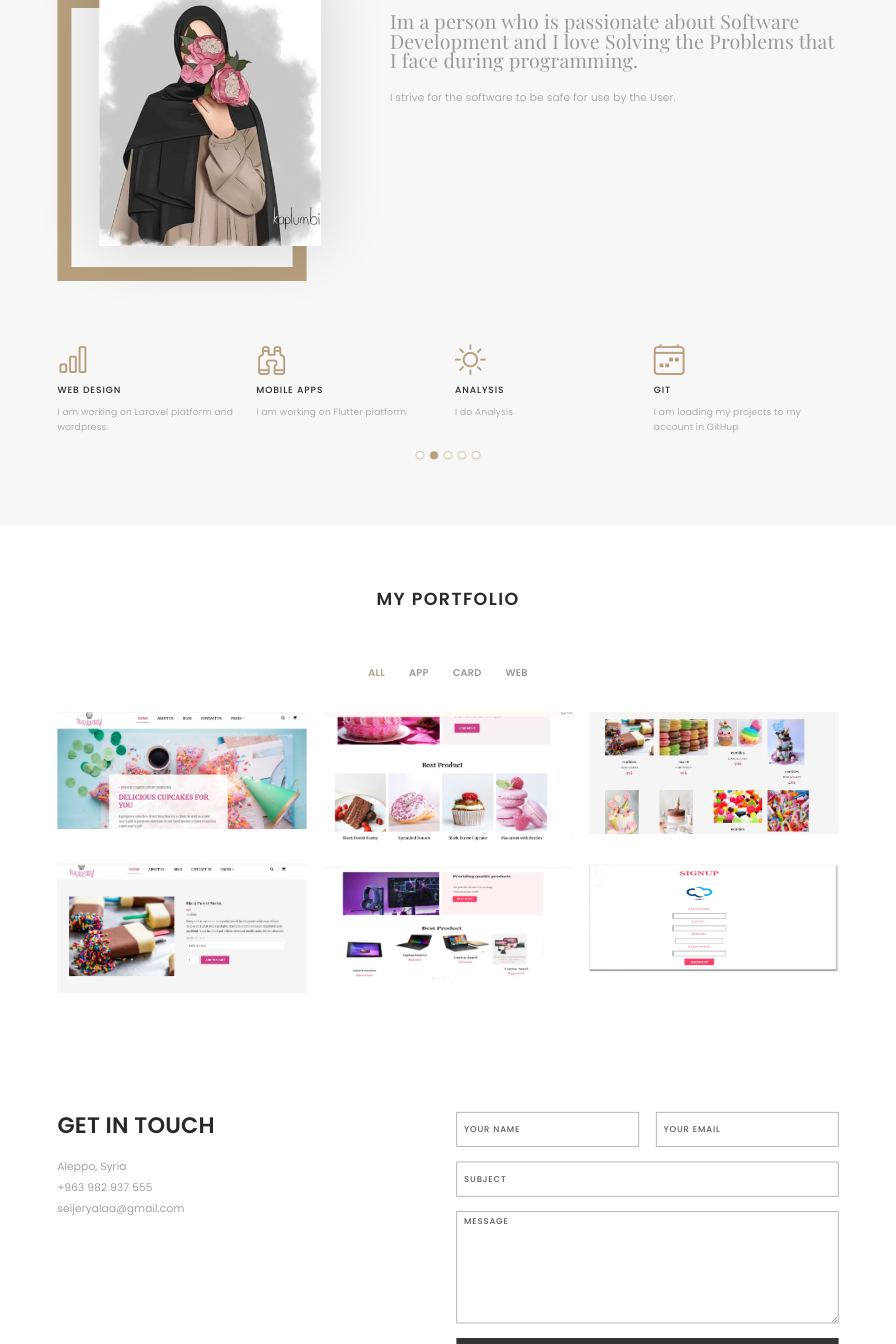
Repository: AlaaBashirSaijary/Library
Page: http://localhost/home
An editor plug-in stored every save of this project. The page is shown before and after a run of saves, followed by the edit.
The browser window is 1280 px wide. The pictures show the part of the page from y = 848 to 2768 px (the page is 3056 px tall), at 70% of full size.
Some web fonts or font styles are not loaded; a fallback is used. The page is served by the project's Laravel application, run on PHP 8.4 with Laravel 10. Other server files are loaded and not shown.

Above is the page before, as saved 2024-01-06 05:10:43.

### routes/web.php
<?php

use Illuminate\Support\Facades\Route;

/*
|--------------------------------------------------------------------------
| Web Routes
|--------------------------------------------------------------------------
|
| Here is where you can register web routes for your application. These
| routes are loaded by the RouteServiceProvider and all of them will
| be assigned to the "web" middleware group. Make something great!
|
*/

Route::get('/', function () {
    return view('welcome');
});
Route::get('/home', function () {
    return view('pages.home');
});
Route::get('/bloge', function () {
    return view('pages.blog-grid');
});
Route::get('/singgle', function () {
    return view('pages.blog-single');
});

### resources/views/pages/home.blade.php
@extends("master.app")

@section("content")
  <!-- ======= Hero Section ======= -->
  <div id="hero" class="home">

    <div class="container">
      <div class="hero-content">
        <h1>I'm <span class="typed" data-typed-items="Alaa Saijary,Website  Developer ,Website Tester,Mobile App Developer , Freelancer, Writer"></span></h1>
        <p>Website  Developer ,Website Tester,Mobile App Developer , Freelancer, Writer</p>

        <ul class="list-unstyled list-social">
          <li><a href="#"><i class="bi bi-facebook"></i></a></li>
          <li><a href="#"><i class="bi bi-twitter"></i></a></li>
          <li><a href="#"><i class="bi bi-instagram"></i></a></li>
          <li><a href="#"><i class="bi bi-linkedin"></i></a></li>
        </ul>
      </div>
    </div>
  </div><!-- End Hero -->

  <main id="main">

    <!-- ======= About Section ======= -->
    <div id="about" class="paddsection">
      <div class="container">
        <div class="row justify-content-between">

          <div class="col-lg-4 ">
            <div class="div-img-bg">
              <div class="about-img">
                <img src="{{ asset('img/me.jpg') }}" class="img-responsive" alt="me">
              </div>
            </div>
          </div>

          <div class="col-lg-7">
            <div class="about-descr">

              <p class="p-heading">Im a person who is passionate about Software Development and I love Solving the Problems that I face during programming. </p>
              <p class="separator">I strive for the software to be safe for use by the User.</p>

            </div>

          </div>
        </div>
      </div>
    </div><!-- End About Section -->

    <!-- ======= Services Section ======= -->
    <div id="services">
      <div class="container">

        <div class="services-slider swiper" data-aos="fade-up" data-aos-delay="100">
          <div class="swiper-wrapper">

            <div class="swiper-slide">
              <div class="services-block">
                <i class="bi bi-briefcase"></i>
                <span>Python Project</span>
                <p class="separator">I am programming in python. </p>
              </div>
            </div><!-- End testimonial item -->



            <div class="swiper-slide">
              <div class="services-block">
                <i class="bi bi-bar-chart"></i>
                <span>WEB DESIGN</span>
                <p class="separator">I am working on Laravel platform and wordpress.</p>
              </div>
            </div><!-- End testimonial item -->

            <div class="swiper-slide">
              <div class="services-block">
                <i class="bi bi-binoculars"></i>
                <span>MOBILE APPS</span>
                <p class="separator">I am working on Flutter platform </p>
              </div>
            </div><!-- End testimonial item -->

            <div class="swiper-slide">
              <div class="services-block">
                <i class="bi bi-brightness-high"></i>
                <span>Analysis</span>
                <p class="separator">I do  Analysis  </p>
              </div>
            </div><!-- End testimonial item -->

            <div class="swiper-slide">
              <div class="services-block">
                <i class="bi bi-calendar4-week"></i>
                <span>Git</span>
                <p class="separator">I am loading my projects to my account in GitHup </p>
              </div>
            </div><!-- End testimonial item -->

          </div>
          <div class="swiper-pagination"></div>
        </div>

      </div>

    </div><!-- End Services Section -->

    <!-- ======= Portfolio Section ======= -->
    <div id="portfolio" class="paddsection">

      <div class="container">
        <div class="section-title text-center">
          <h2>My Portfolio</h2>
        </div>
      </div>

      <div class="container">

        <div class="row">
          <div class="col-lg-12 d-flex justify-content-center">
            <ul id="portfolio-flters">
              <li data-filter="*" class="filter-active">All</li>
              <li data-filter=".filter-app">App</li>
              <li data-filter=".filter-card">Card</li>
              <li data-filter=".filter-web">Web</li>
            </ul>
          </div>
        </div>

        <div class="row portfolio-container">

          <div class="col-lg-4 col-md-6 portfolio-item filter-app">
            <img src="{{ asset('img/portfolio/portfolio-1.jpg') }}" class="img-fluid" alt="">
            <div class="portfolio-info">
              <h4>App 1</h4>
              <p>App</p>
              <a href="{{ asset('img/portfolio/portfolio-1.jpg') }}" data-gallery="portfolioGallery" class="portfolio-lightbox preview-link" title="App 1"><i class="bx bx-plus"></i></a>
              <a href="portfolio-details.html" class="details-link" title="More Details"><i class="bx bx-link"></i></a>
            </div>
          </div>

          <div class="col-lg-4 col-md-6 portfolio-item filter-web">
            <img src="{{ asset('img/portfolio/portfolio-2.jpg') }}" class="img-fluid" alt="">
            <div class="portfolio-info">
              <h4>Web 3</h4>
              <p>Web</p>
              <a href="{{ asset('img/portfolio/portfolio-2.jpg') }}" data-gallery="portfolioGallery" class="portfolio-lightbox preview-link" title="Web 3"><i class="bx bx-plus"></i></a>
              <a href="portfolio-details.html" class="details-link" title="More Details"><i class="bx bx-link"></i></a>
            </div>
          </div>

          <div class="col-lg-4 col-md-6 portfolio-item filter-app">
            <img src="{{ asset('img/portfolio/portfolio-3.jpg') }}" class="img-fluid" alt="">
            <div class="portfolio-info">
              <h4>App 2</h4>
              <p>App</p>
              <a href="{{ asset('img/portfolio/portfolio-3.jpg') }}" data-gallery="portfolioGallery" class="portfolio-lightbox preview-link" title="App 2"><i class="bx bx-plus"></i></a>
              <a href="portfolio-details.html" class="details-link" title="More Details"><i class="bx bx-link"></i></a>
            </div>
          </div>

          <div class="col-lg-4 col-md-6 portfolio-item filter-card">
            <img src="{{ asset('img/portfolio/portfolio-4.jpg') }}" class="img-fluid" alt="">
            <div class="portfolio-info">
              <h4>Card 2</h4>
              <p>Card</p>
              <a href="{{ asset('img/portfolio/portfolio-4.jpg') }}" data-gallery="portfolioGallery" class="portfolio-lightbox preview-link" title="Card 2"><i class="bx bx-plus"></i></a>
              <a href="portfolio-details.html" class="details-link" title="More Details"><i class="bx bx-link"></i></a>
            </div>
          </div>

          <div class="col-lg-4 col-md-6 portfolio-item filter-web">
            <img src="{{ asset('img/portfolio/portfolio-5.jpg') }}" class="img-fluid" alt="">
            <div class="portfolio-info">
              <h4>Web 2</h4>
              <p>Web</p>
              <a href="{{ asset('img/portfolio/portfolio-5.jpg') }}" data-gallery="portfolioGallery" class="portfolio-lightbox preview-link" title="Web 2"><i class="bx bx-plus"></i></a>
              <a href="portfolio-details.html" class="details-link" title="More Details"><i class="bx bx-link"></i></a>
            </div>
          </div>

          <div class="col-lg-4 col-md-6 portfolio-item filter-app">
            <img src="{{ asset('img/portfolio/portfolio-6.jpg') }}" class="img-fluid" alt="">
            <div class="portfolio-info">
              <h4>App 3</h4>
              <p>App</p>
              <a href="{{ asset('img/portfolio/portfolio-6.jpg') }}" data-gallery="portfolioGallery" class="portfolio-lightbox preview-link" title="App 3"><i class="bx bx-plus"></i></a>
              <a href="portfolio-details.html" class="details-link" title="More Details"><i class="bx bx-link"></i></a>
            </div>
          </div>

        </div>

      </div>

    </div><!-- End Portfolio Section -->



    <!-- ======= Contact Section ======= -->
    <div id="contact" class="paddsection">
      <div class="container">
        <div class="contact-block1">
          <div class="row">

            <div class="col-lg-6">
              <div class="contact-contact">

                <h2 class="mb-30">GET IN TOUCH</h2>

                <ul class="contact-details">
                  <li><span>Aleppo, Syria</span></li>
                  <li><span>+963 982 937 555</span></li>
                  <li><span>seijeryalaa@gmail.com</span></li>
                </ul>

              </div>
            </div>

            <div class="col-lg-6">
              <form action="forms/contact.php" method="post" role="form" class="php-email-form">
                <div class="row gy-3">

                  <div class="col-lg-6">
                    <div class="form-group contact-block1">
                      <input type="text" name="name" class="form-control" id="name" placeholder="Your Name" required>
                    </div>
                  </div>

                  <div class="col-lg-6">
                    <div class="form-group">
                      <input type="email" class="form-control" name="email" id="email" placeholder="Your Email" required>
                    </div>
                  </div>

                  <div class="col-lg-12">
                    <div class="form-group">
                      <input type="text" class="form-control" name="subject" id="subject" placeholder="Subject" required>
                    </div>
                  </div>

                  <div class="col-lg-12">
                    <div class="form-group">
                      <textarea class="form-control" name="message" placeholder="Message" required></textarea>
                    </div>
                  </div>

                  <div class="col-lg-12">
                    <div class="loading">Loading</div>
                    <div class="error-message"></div>
                    <div class="sent-message">Your message has been sent. Thank you!</div>
                  </div>

                  <div class="mt-0">
                    <input type="submit" class="btn btn-defeault btn-send" value="Send message">
                  </div>

                </div>
              </form>
            </div>
          </div>
        </div>
      </div>
    </div><!-- End Contact Section -->

  </main><!-- End #main -->

@endsection

### resources/views/master/app.blade.php
<!DOCTYPE html>
<html lang="en">

<head>
  <meta charset="utf-8">
  <meta content="width=device-width, initial-scale=1.0" name="viewport">

  <title>Alaa Saijary</title>
  <meta content="" name="description">
  <meta content="" name="keywords">

  <!-- Favicons -->
  <link href="{{ asset("img/favicon.png") }}" rel="icon">
  <link href="{{ asset("img/apple-touch-icon.png") }}" rel="apple-touch-icon">

  <!-- Google Fonts -->
  <link href="https://fonts.googleapis.com/css?family=Poppins:300,300i,400,400i,500,500i,600,600i,700,700i|Playfair+Display:400,400i,500,500i,600,600i,700,700i,900,900i" rel="stylesheet">

  <!-- Vendor CSS Files -->
  <link href='{{asset("vendor/bootstrap/css/bootstrap.min.css")  }}' rel="stylesheet">
  <link href='{{asset("vendor/bootstrap-icons/bootstrap-icons.css")  }}' rel="stylesheet">
  <link href='{{asset("vendor/boxicons/css/boxicons.min.css")  }}' rel="stylesheet">
  <link href='{{asset("vendor/glightbox/css/glightbox.min.css")  }}' rel="stylesheet">
  <link href='{{asset("vendor/swiper/swiper-bundle.min.css")  }}' rel="stylesheet">

  <!-- Template Main CSS File -->
  <link href='{{ asset("css/style.css") }}' rel="stylesheet">

  <!-- =======================================================
  * Template Name: Folio
  * Updated: Nov 17 2023 with Bootstrap v5.3.2
  * Template URL: https://bootstrapmade.com/folio-bootstrap-portfolio-template/
  * Author: BootstrapMade.com
  * License: https://bootstrapmade.com/license/
  ======================================================== -->
</head>

<body>


@include("master.header")
@yield("content")
@include("master.footer")


  <a href="#" class="back-to-top d-flex align-items-center justify-content-center"><i class="bi bi-arrow-up-short"></i></a>

  <!-- Vendor JS Files -->
  <script src='{{ asset("vendor/bootstrap/js/bootstrap.bundle.min.js") }}'></script>
  <script src='{{ asset("vendor/glightbox/js/glightbox.min.js") }}'></script>
  <script src='{{ asset("vendor/isotope-layout/isotope.pkgd.min.js") }}'></script>
  <script src='{{ asset("vendor/swiper/swiper-bundle.min.js") }}'></script>
  <script src='{{ asset("vendor/typed.js/typed.umd.js") }}'></script>
  <script src='{{ asset("vendor/php-email-form/validate.js") }}'></script>

  <!-- Template Main JS File -->
  <script src='{{ asset("js/main.js") }}'></script>

</body>

</html>

### resources/views/master/header.blade.php
  <!-- ======= Header ======= -->
  <header id="header" class="fixed-top ">
    <div class="container d-flex align-items-center justify-content-between">

      <a href="index.html" class="logo"><img src="assets/img/logo.png" alt="" class="img-fluid"></a>
      <!-- Uncomment below if you prefer to use an text logo -->
      <!-- <h1 class="logo"><a href="index.html">Folio</a></h1> -->

      <nav id="navbar" class="navbar">
        <ul>
          <li><a class="nav-link scrollto active" href="#hero">Home</a></li>
          <li><a class="nav-link scrollto" href="#about">About</a></li>
          <li><a class="nav-link  scrollto" href="#portfolio">Portfolio</a></li>
          <li><a class="nav-link  scrollto" href="#journal">Blog</a></li>
          {{-- <li class="dropdown"><a href="#"><span>Drop Down</span> <i class="bi bi-chevron-down"></i></a>
            <ul>
              <li><a href="#">Drop Down 1</a></li>
              <li class="dropdown"><a href="#"><span>Deep Drop Down</span> <i class="bi bi-chevron-right"></i></a>
                <ul>
                  <li><a href="#">Deep Drop Down 1</a></li>
                  <li><a href="#">Deep Drop Down 2</a></li>
                  <li><a href="#">Deep Drop Down 3</a></li>
                  <li><a href="#">Deep Drop Down 4</a></li>
                  <li><a href="#">Deep Drop Down 5</a></li>
                </ul>
              </li>
              <li><a href="#">Drop Down 2</a></li>
              <li><a href="#">Drop Down 3</a></li>
              <li><a href="#">Drop Down 4</a></li>
            </ul>
          </li> --}}
          <li><a class="nav-link scrollto" href="#contact">Contact</a></li>
        </ul>
        <i class="bi bi-list mobile-nav-toggle"></i>
      </nav><!-- .navbar -->

    </div>
  </header><!-- End Header -->

### resources/views/master/footer.blade.php
<div id="footer" class="text-center">
    <div class="container">
      <div class="socials-media text-center">

        <ul class="list-unstyled">
          <li><a href="#"><i class="bi bi-facebook"></i></a></li>
          <li><a href="#"><i class="bi bi-twitter"></i></a></li>
          <li><a href="#"><i class="bi bi-instagram"></i></a></li>
          <li><a href="#"><i class="bi bi-linkedin"></i></a></li>
        </ul>

      </div>



      <div class="credits">
        <!--
        All the links in the footer should remain intact.
        You can delete the links only if you purchased the pro version.
        Licensing information: https://bootstrapmade.com/license/
        Purchase the pro version with working PHP/AJAX contact form: https://bootstrapmade.com/buy/?theme=Folio
      -->


    </div>
  </div><!-- End Footer -->

Loaded but not shown: public/js/main.js (263 lines, source omitted); public/css/style.css (1546 lines, source omitted)

After the next 2 saves:
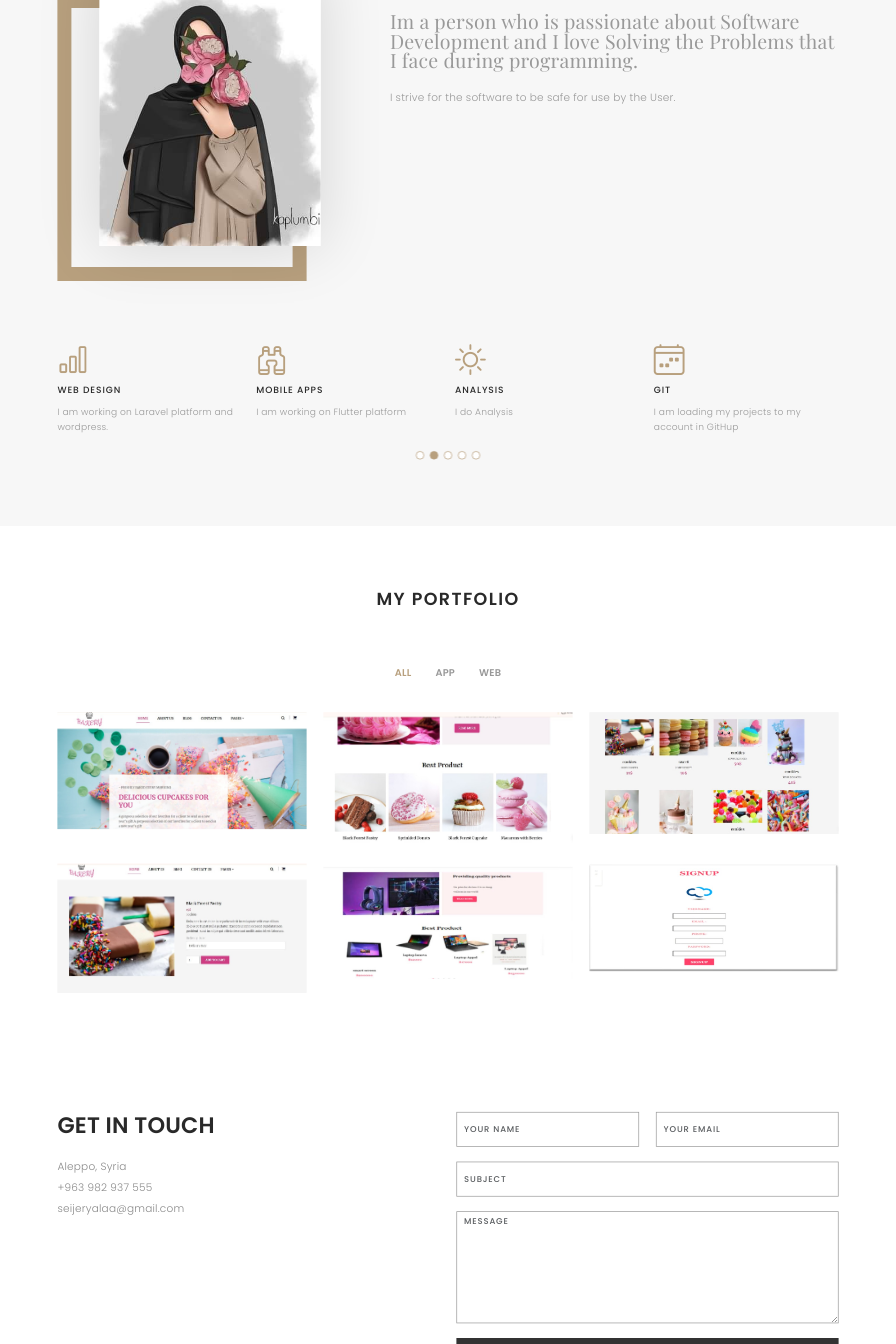
The 2 saves are shown as one change because they came seconds apart.
The last was saved 77 s later.
--- a/resources/views/pages/home.blade.php
+++ b/resources/views/pages/home.blade.php
@@ -120,7 +120,6 @@
             <ul id="portfolio-flters">
               <li data-filter="*" class="filter-active">All</li>
               <li data-filter=".filter-app">App</li>
-              <li data-filter=".filter-card">Card</li>
               <li data-filter=".filter-web">Web</li>
             </ul>
           </div>
